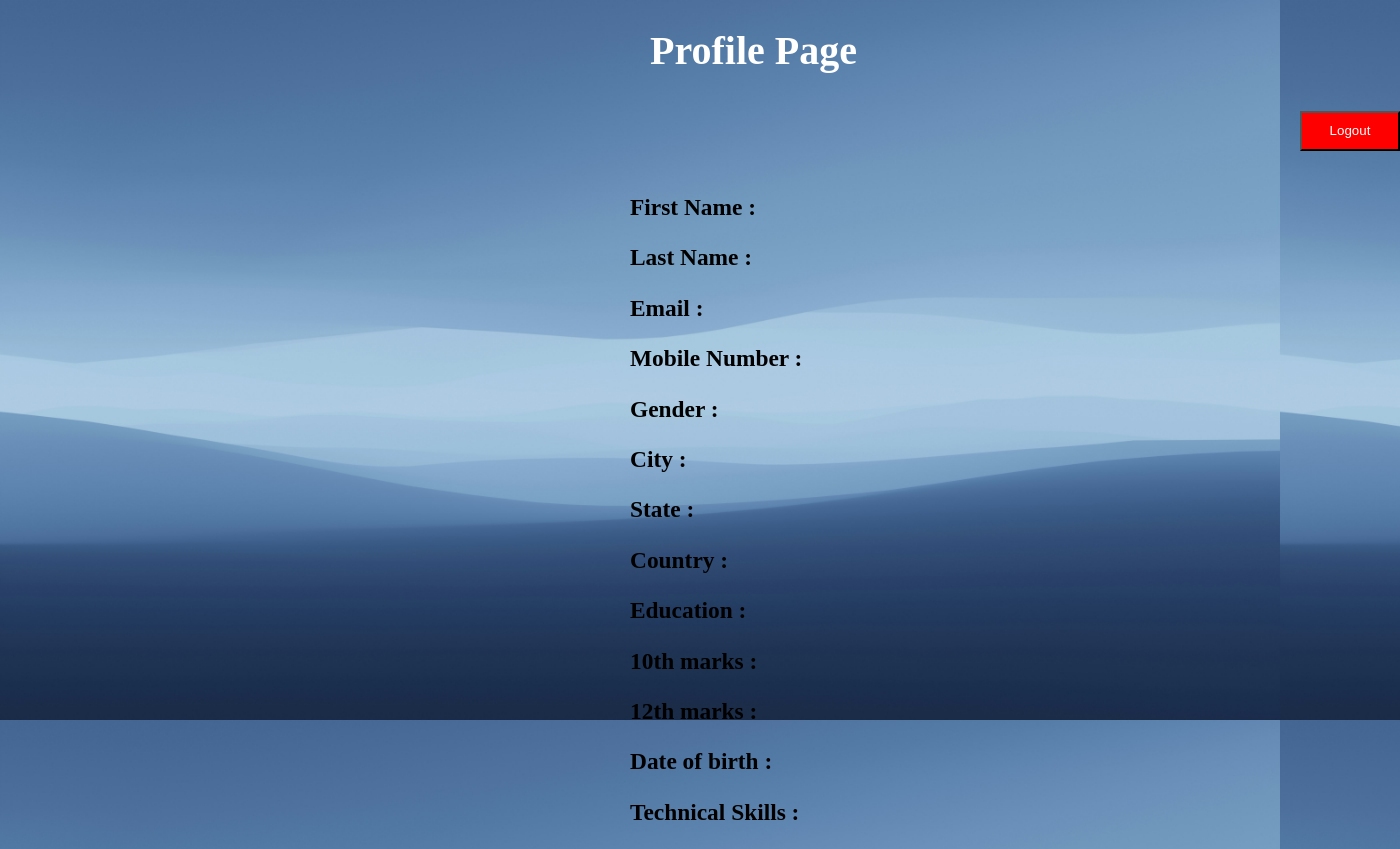
Repository: aboli-vyas/Servlet_Projects
Page: http://localhost/Sevlet_Project/Profile.jsp
The author's editor kept a copy of each file at every save. The page is drawn from the files as they stood at one save, then again after a run of saves.
The browser window is 1280 px wide. The page is 1400 px wide, so the pictures cover 1400 px, including what lies to the right of the window. The pictures show the whole page.
Backgrounds fixed to the window are drawn as part of the page. The page is served by Tomcat 10. The template is opened directly, without the code that normally fills it, so the values that code supplies are empty.

Above is the page before, as saved 2025-06-10 14:17:36.

After the next 2 saves:
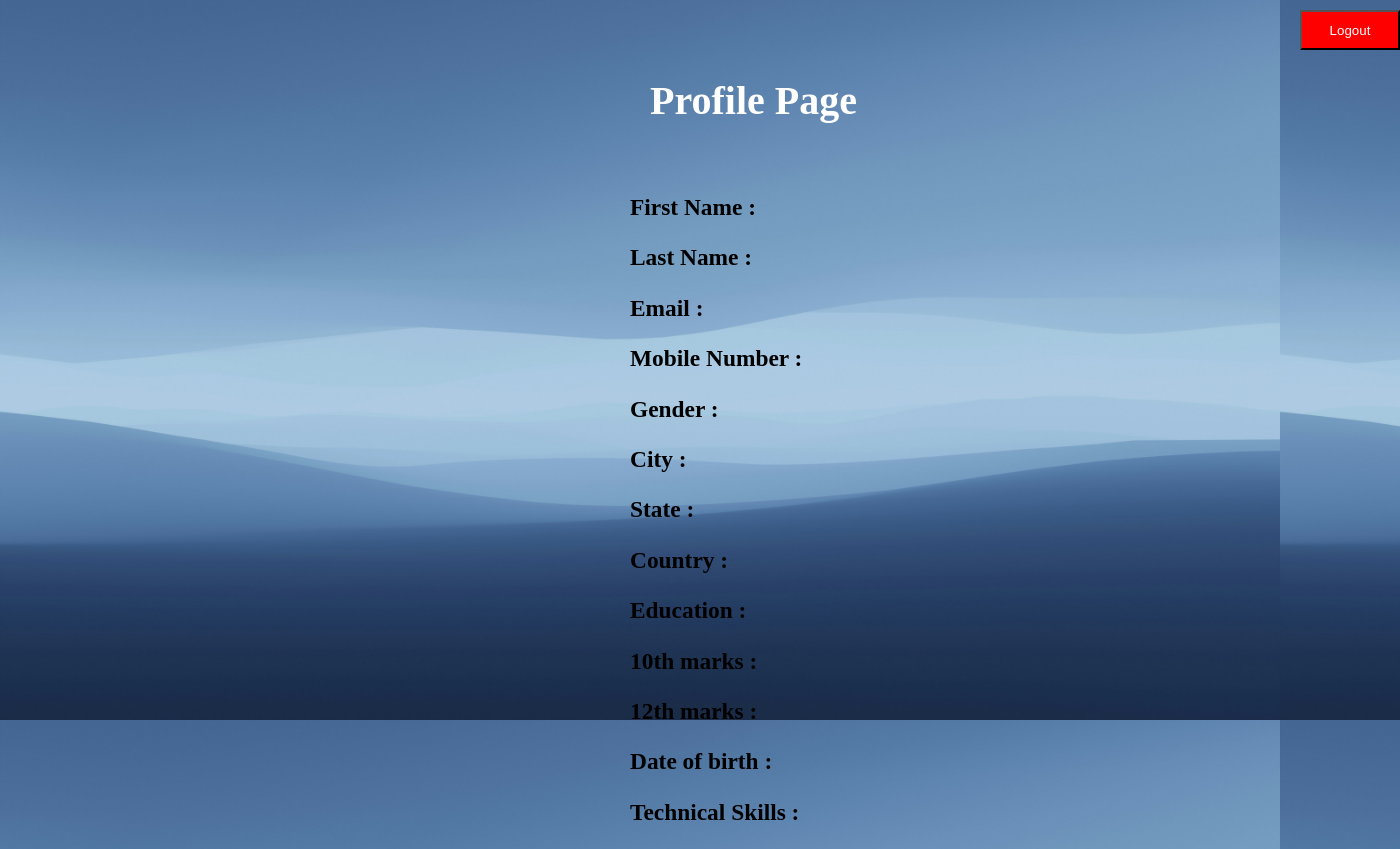
The 2 saves are shown as one change because they came seconds apart.
The last was saved 26 s later.
--- a/Sevlet_Project/src/main/webapp/Profile.jsp
+++ b/Sevlet_Project/src/main/webapp/Profile.jsp
@@ -9,8 +9,9 @@
 </head>
 <body>
 <form action="logout" method="post">
+<button>Logout</button>
 <h1>Profile Page</h1>
-<button>Logout</button>
+
 
 <div class="container">
 	<h3>First Name :${First_Name}</h3>
